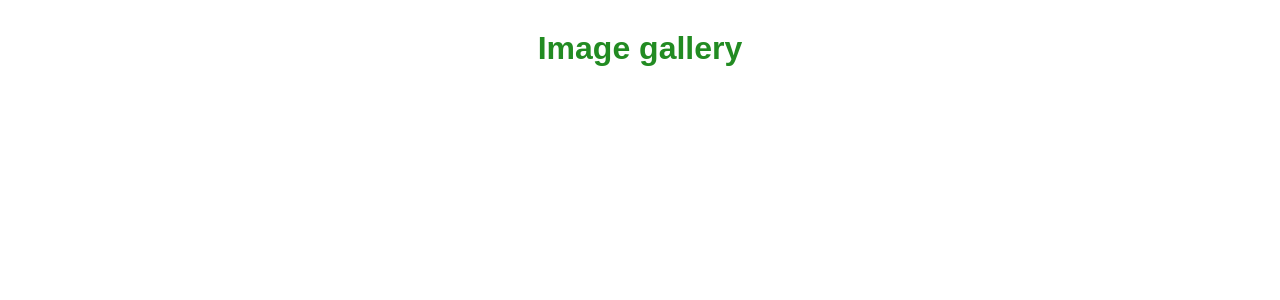
Repository: hindrik40/bildspel-lightbox
Page: index.html
The author's editor kept a copy of each file at every save. The page is drawn from the files as they stood at one save, then again after the next save.
The browser window is 1280 px wide. The pictures show the whole page.

Above is the page before, as saved 2021-08-08 16:28:10.

After the next save:
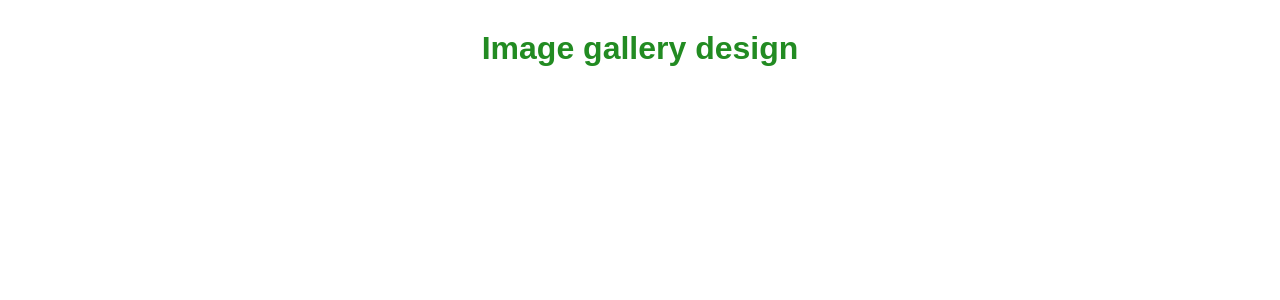
Saved 4 s later.
--- a/index.html
+++ b/index.html
@@ -8,7 +8,7 @@
     <title>slide lightbox</title>
 </head>
 <body>
-    <h1>Image gallery</h1>
+    <h1>Image gallery design</h1>
 
 </body>
 </html>
